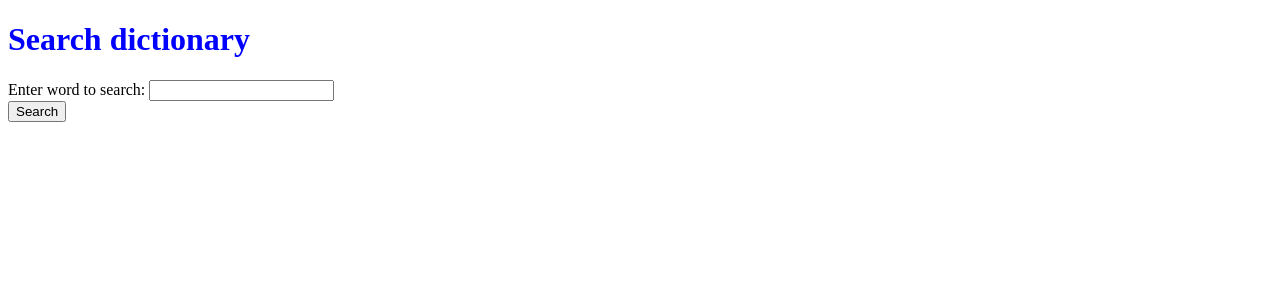
Repository: SnoW246/DS-Asynchronous-RMI-Dictionary-Service
Page: http://localhost/job-server/webApp.jsp
An editor plug-in stored every save of this project. The page is shown before and after the next save, followed by the edit.
The browser window is 1280 px wide. The pictures show the whole page.
The page is served by Tomcat 9.

Above is the page before, as saved 2017-12-22 23:00:42.
Not found: job-server/job-server/bckgroundImg.jpg

After the next save:
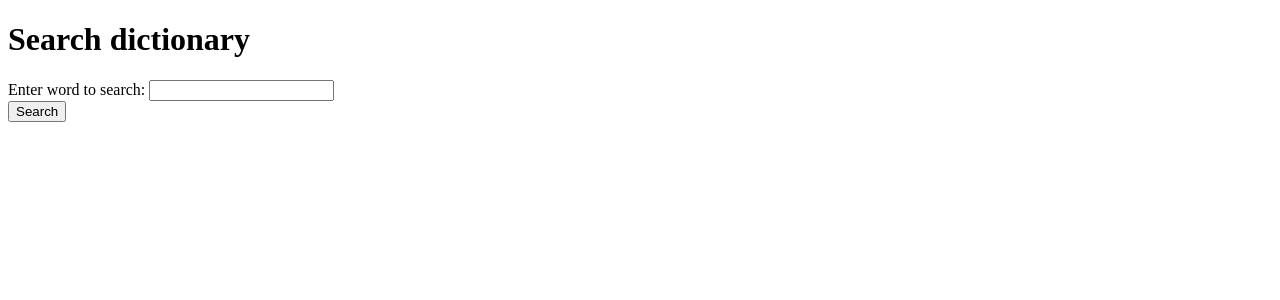
Saved 3 min 2 s later.
--- a/job-server/WebContent/webApp.jsp
+++ b/job-server/WebContent/webApp.jsp
@@ -6,10 +6,10 @@
 <meta http-equiv="Content-Type" content="text/html; charset=ISO-8859-1">
 <title>dictionary</title>
 </head>
-<body background="bckgroundImg.jpg">
+<body>
 
 
-<h1 style="color:blue;">Search dictionary</h1>
+<h1 style="Red;">Search dictionary</h1>
 <form action="lookup" method="post">
 <div class="form-group">
   <label>Enter word to search:</label>
